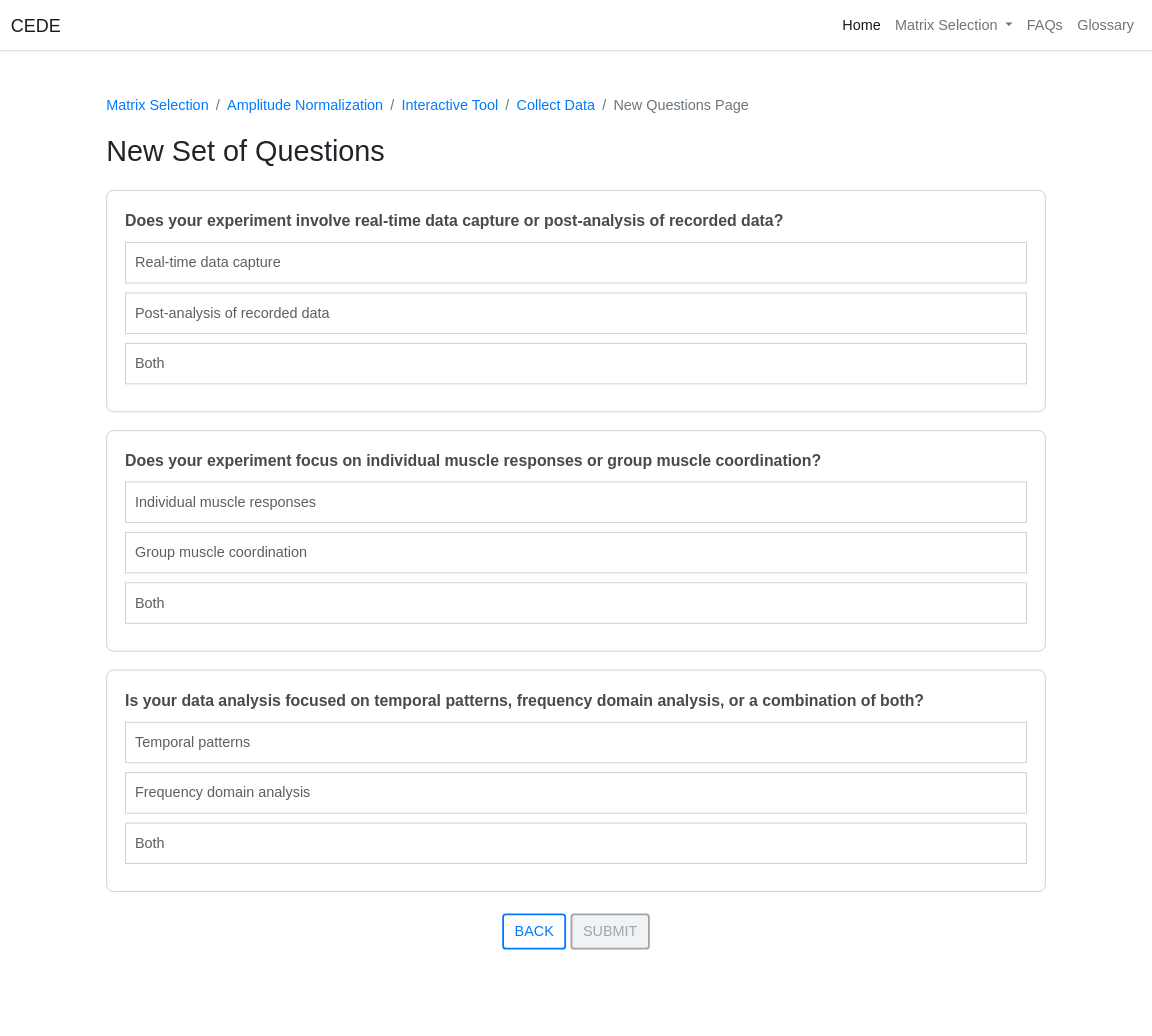
Repository: devashrisamani/CEDE-Website
Page: website/tempfeatures.html
These files come from the project's save history. The page is drawn as it stood at one moment and after the next save; the edit follows.
The browser window is 1280 px wide. The pictures show the whole page, at 90% of full size.

Above is the page before, as saved 2024-09-10 00:19:01.

### website/tempfeatures.html
<!DOCTYPE html>
<html lang="en">
  <head>
    <meta charset="UTF-8" />
    <meta name="viewport" content="width=device-width, initial-scale=1.0" />
    <title>New Questions Page - CEDE</title>
    <link
      href="https://cdn.jsdelivr.net/npm/bootstrap@5.1.3/dist/css/bootstrap.min.css"
      rel="stylesheet"
    />
    <link rel="stylesheet" href="styles.css" />
    <link rel="stylesheet" href="features.css" />
    <style>
      #wrapper {
        width: 100%;
        text-align: center;
      }
      .question-container {
        background-color: white;
        padding: 20px;
        border-radius: 8px;
        margin-bottom: 20px;
        border: 1px solid #ccc;
      }
      .question h3 {
        margin-top: 0;
      }
      .question label {
        display: block;
        margin-bottom: 10px;
      }
      .option {
        display: flex;
        align-items: center;
        border: 1px solid #ccc;
        margin-bottom: 10px;
        padding: 10px;
        cursor: pointer;
        background-color: white;
        color: #5f5f5f;
      }
      .option:hover {
        background-color: #f0f0f0;
      }
      .option input[type="radio"] {
        display: none;
      }
      .option.selected {
        background-color: #d4edda;
        border-color: #c3e6cb;
      }

      .label {
        font-size: 1.1em;
        font-weight: bold;
        color: #4a4a4a;
      }

      button {
        font-size: 1rem;
        padding: 0.5rem 1rem;
        border-radius: 30px;
        border: 2px solid #007bff;
        background-color: white;
        color: #007bff;
        text-transform: uppercase;
      }
      button:disabled {
        background-color: #e9ecef;
        color: #6c757d;
        border: 2px solid #6c757d;
      }
      #back-button {
        background-color: white;
        color: #007bff;
        border: 2px solid #007bff;
      }
      #back-button:hover {
        background-color: #007bff;
        color: white;
      }
      #submit-button {
        background-color: #007bff;
        color: white;
        border: 2px solid #007bff;
      }
      #submit-button:disabled {
        background-color: #e9ecef;
        color: #6c757d;
        border: 2px solid #6c757d;
      }
      .text-center {
        text-align: center;
        margin-bottom: 96px;
      }
    </style>
  </head>
  <body>
    <nav class="navbar navbar-expand-lg navbar-light bg-white">
      <div class="container-fluid">
        <a class="navbar-brand" href="#">CEDE</a>
        <button
          class="navbar-toggler"
          type="button"
          data-bs-toggle="collapse"
          data-bs-target="#navbarNavAltMarkup"
          aria-controls="navbarNavAltMarkup"
          aria-expanded="false"
          aria-label="Toggle navigation"
        >
          <span class="navbar-toggler-icon"></span>
        </button>
        <div
          class="collapse navbar-collapse justify-content-end"
          id="navbarNavAltMarkup"
        >
          <div class="navbar-nav">
            <a class="nav-link active" href="index.html">Home</a>
            <div class="nav-item dropdown">
              <a
                class="nav-link dropdown-toggle"
                href="#"
                id="matrixSelectionDropdown"
                role="button"
                data-bs-toggle="dropdown"
                aria-expanded="false"
              >
                Matrix Selection
              </a>
              <ul
                class="dropdown-menu"
                aria-labelledby="matrixSelectionDropdown"
              >
                <li>
                  <a class="dropdown-item" href="amplitude.html"
                    >Amplitude Normalization</a
                  >
                </li>
                <li>
                  <a class="dropdown-item" href="#">Electrode Selection</a>
                </li>
                <li><a class="dropdown-item" href="#">Terminology</a></li>
                <li>
                  <a class="dropdown-item" href="#"
                    >High-density surface electromyograph</a
                  >
                </li>
                <li><a class="dropdown-item" href="#">Single Motor Unit</a></li>
              </ul>
            </div>
            <a class="nav-link" href="faq.html">FAQs</a>
            <a class="nav-link" href="#">Glossary</a>
          </div>
        </div>
      </div>
    </nav>

    <!-- Main Content -->
    <div class="container mt-5 px-5">
      <nav aria-label="breadcrumb">
        <ol class="breadcrumb">
          <li class="breadcrumb-item">
            <a href="index.html">Matrix Selection</a>
          </li>
          <li class="breadcrumb-item">
            <a href="amplitude.html">Amplitude Normalization</a>
          </li>
          <li class="breadcrumb-item">
            <a href="inttool.html">Interactive Tool</a>
          </li>
          <li class="breadcrumb-item">
            <a href="collectdata.html">Collect Data</a>
          </li>
          <li class="breadcrumb-item active" aria-current="page">
            New Questions Page
          </li>
        </ol>
      </nav>
      <h2 class="mb-4">New Set of Questions</h2>
      <form id="question-form">
        <!-- Question 1 -->
        <div class="question-container">
          <div class="question">
            <label class="label">
              Does your experiment involve real-time data capture or
              post-analysis of recorded data?
            </label>
            <label class="option">
              <input
                type="radio"
                name="q1"
                id="q1-1"
                value="Real-time data capture"
                onchange="selectOption(this)"
              />
              Real-time data capture
            </label>
            <label class="option">
              <input
                type="radio"
                name="q1"
                id="q1-2"
                value="Post-analysis of recorded data"
                onchange="selectOption(this)"
              />
              Post-analysis of recorded data
            </label>
            <label class="option">
              <input
                type="radio"
                name="q1"
                id="q1-3"
                value="Both"
                onchange="selectOption(this)"
              />
              Both
            </label>
          </div>
        </div>
        <!-- Question 2 -->
        <div class="question-container">
          <div class="question">
            <label class="label"
              >Does your experiment focus on individual muscle responses or
              group muscle coordination?</label
            >
            <label class="option">
              <input
                type="radio"
                name="q2"
                id="q2-1"
                value="Individual muscle responses"
                onchange="selectOption(this)"
              />
              Individual muscle responses
            </label>
            <label class="option">
              <input
                type="radio"
                name="q2"
                id="q2-2"
                value="Group muscle coordination"
                onchange="selectOption(this)"
              />
              Group muscle coordination
            </label>
            <label class="option">
              <input
                type="radio"
                name="q2"
                id="q2-3"
                value="Both"
                onchange="selectOption(this)"
              />
              Both
            </label>
          </div>
        </div>
        <!-- Question 3 -->
        <div class="question-container">
          <div class="question">
            <label class="label"
              >Is your data analysis focused on temporal patterns, frequency
              domain analysis, or a combination of both?</label
            >
            <label class="option">
              <input
                type="radio"
                name="q3"
                id="q3-1"
                value="Temporal patterns"
                onchange="selectOption(this)"
              />
              Temporal patterns
            </label>
            <label class="option">
              <input
                type="radio"
                name="q3"
                id="q3-2"
                value="Frequency domain analysis"
                onchange="selectOption(this)"
              />
              Frequency domain analysis
            </label>
            <label class="option">
              <input
                type="radio"
                name="q3"
                id="q3-3"
                value="Both"
                onchange="selectOption(this)"
              />
              Both
            </label>
          </div>
        </div>

        <div class="text-center mt-4">
          <button type="button" class="btn" id="back-button" onclick="goBack()">
            Back
          </button>
          <button
            type="button"
            class="btn"
            id="submit-button"
            disabled
            onclick="getRecommendation()"
          >
            Submit
          </button>
        </div>
      </form>
    </div>

    <script src="script.js"></script>
    <script src="https://cdn.jsdelivr.net/npm/bootstrap@5.1.3/dist/js/bootstrap.bundle.min.js"></script>
  </body>
</html>

### website/styles.css
body {
  font-family: Arial, sans-serif;
  margin: 0;
  padding: 0;
  background-color: #ffffff;
}

header {
  padding: 20px;
  text-align: center;
}

.navbar {
  border-bottom: 1px solid #cfcfcf;
  background-color: #ffffff;
}

.breadcrumb {
  background-color: white;
  padding: 0;
  margin-bottom: 20px;
}

.breadcrumb-item a {
  color: #007bff;
  text-decoration: none;
}

.breadcrumb-item a:hover {
  text-decoration: underline;
}

/* .breadcrumb-item a {
  text-decoration: none;
}
  remove underline from the breadcrumb links (but it does not work whoops */

header h1 {
  margin: 0;
  color: #333;
}

header p {
  color: #666;
}

### website/features.css
body {
  font-family: Arial, sans-serif;
  margin: 0;
  padding: 0;
  background-color: white;
}

#wrapper {
  width: 100%;
  text-align: center;
}

.navbar {
  border-bottom: 1px solid #cfcfcf;
}

.breadcrumb {
  background-color: white;
  margin-bottom: 20px;
}

.breadcrumb-item a {
  color: #007bff;
  text-decoration: none;
}

.breadcrumb-item a:hover {
  text-decoration: underline;
}

.question-container {
  background-color: white;
  padding: 20px;
  border-radius: 8px;
  margin-bottom: 20px;
  border: 1px solid #ccc;
}

.question h3 {
  margin-top: 0;
}

.question label {
  display: block;
  margin-bottom: 10px;
}

.option {
  display: flex;
  align-items: center;
  border: 1px solid #ccc;
  margin-bottom: 10px;
  padding: 10px;
  cursor: pointer;
  background-color: white;
}

.option:hover {
  background-color: #f0f0f0;
}

.option input[type="radio"] {
  margin-right: 10px;
}

.option.selected {
  background-color: #d4edda;
  border-color: #c3e6cb;
}

button {
  font-size: 1rem;
  padding: 0.5rem 1rem;
  border-radius: 30px;
  border: 2px solid #007bff;
  background-color: white;
  color: #007bff;
  text-transform: uppercase;
}

button:disabled {
  background-color: #e9ecef;
  color: #6c757d;
  border: 2px solid #6c757d;
}

#back-button {
  background-color: white;
  color: #007bff;
  border: 2px solid #007bff;
}

#back-button:hover {
  background-color: #007bff;
  color: white;
}

#submit-button {
  background-color: #007bff;
  color: white;
  border: 2px solid #007bff;
}

#submit-button:disabled {
  background-color: #e9ecef;
  color: #6c757d;
  border: 2px solid #6c757d;
}

.text-center {
  text-align: center;
  margin-bottom: 96px;
}

### website/script.js
// import "constants.js";
let rules = []; // Ensure this is defined globally

// Mapping for user-selected values to JSON values
const valueMapping = {
  "Comparisons between muscles (e.g. vastus lateralis vs. vastus medialis during knee extension task)":
    "Between muscles",
  "Comparisons within a muscle (e.g. vastus lateralis pre and post intervention)":
    "Within muscle",
  Both: "Both",
  "Comparisons between sessions (e.g. repeated measures in different time points)":
    "Between sessions",
  "Comparisons within a session (e.g. comparisons of two tasks during a laboratory session)":
    "Within a session",
  "Comparisons between participant groups (e.g. pain condition vs. control group)":
    "Between-groups comparison",
  "Comparisons within a participant group (e.g. knee extension at 10% and 50% of MVC in healthy individuals)":
    "Within-group comparison",
  Yes: "Yes",
  "No (Change the color of #.1 and #.2 methods to grey and not allow them to click to it)":
    "No (Change the color of #.1 and #.2 methods to grey and not allow them to click to it)",
};

// Function to handle option selection
function selectOption(element) {
  const name = element.name;
  document.querySelectorAll(`input[name="${name}"]`).forEach((input) => {
    input.closest(".option").classList.remove("selected");
  });

  element.closest(".option").classList.add("selected");

  // Check if all questions are answered to enable the submit button
  const allAnswered =
    document.querySelectorAll('input[type="radio"]:checked').length === 4;
  document.getElementById("submit-button").disabled = !allAnswered;
}

// Function to go back
function goBack() {
  window.location.href = "collectdata.html";
}

// Function to get recommendation based on user responses
function getRecommendation() {
  const q1Value = document
    .querySelector('input[name="q1"]:checked')
    ?.value.trim();
  const q2Value = document
    .querySelector('input[name="q2"]:checked')
    ?.value.trim();
  const q3Value = document
    .querySelector('input[name="q3"]:checked')
    ?.value.trim();
  const q3aValue = document
    .querySelector('input[name="q3a"]:checked')
    ?.value.trim();

  console.log("q1 value:", q1Value);
  console.log("q2 value:", q2Value);
  console.log("q3 value:", q3Value);
  console.log("q3a value:", q3aValue);

  // Ensure the values are exactly as expected in the mapping
  const mappedQ1 = valueMapping[q1Value] || `Unmapped value: ${q1Value}`;
  const mappedQ2 = valueMapping[q2Value] || `Unmapped value: ${q2Value}`;
  const mappedQ3 = valueMapping[q3Value] || `Unmapped value: ${q3Value}`;
  const mappedQ3a = valueMapping[q3aValue] || `Unmapped value: ${q3aValue}`;

  console.log("Mapped q1 value:", mappedQ1);
  console.log("Mapped q2 value:", mappedQ2);
  console.log("Mapped q3 value:", mappedQ3);
  console.log("Mapped q3a value:", mappedQ3a);

  // Map the longer user-selected values to the shorter JSON rule values
  const userResponses = {
    muscle_comparison: mappedQ1,
    session_comparison: mappedQ2,
    group_comparison: mappedQ3,
    perform_mvc: mappedQ3a,
  };

  console.log("User responses:", userResponses);
  console.log("Rules available:", rules);

  const matchingRule = rules.find((rule) => {
    console.log("Checking rule:", rule);
    return (
      rule.muscle_comparison === userResponses.muscle_comparison &&
      rule.session_comparison === userResponses.session_comparison &&
      rule.group_comparison === userResponses.group_comparison &&
      rule.perform_mvc === userResponses.perform_mvc
    );
  });

  console.log("Matching rule:", matchingRule);

  if (matchingRule) {
    localStorage.setItem("recommendation", matchingRule.recommendation);
    window.location.href = "recommendation.html";
  } else {
    console.log(
      "No recommendation found for the given responses:",
      userResponses
    );
    alert("No recommendation found for the given responses.");
  }
}

// Event listener for document load
document.addEventListener("DOMContentLoaded", () => {
  console.log("Document loaded");
  fetch("rules.json")
    .then((response) => {
      if (!response.ok) {
        throw new Error(`HTTP error! Status: ${response.status}`);
      }
      console.log("Fetching rules.json successful");
      return response.json();
    })
    .then((loadedRules) => {
      console.log("Rules data loaded:", loadedRules);
      rules = loadedRules; // Assign the loaded rules to the global variable
      // Attach event listeners to form elements
      document.querySelectorAll('input[name="q1"]').forEach((input) => {
        input.addEventListener("change", () => selectOption(input));
      });

      document.querySelectorAll('input[name="q2"]').forEach((input) => {
        input.addEventListener("change", () => selectOption(input));
      });

      document.querySelectorAll('input[name="q3"]').forEach((input) => {
        input.addEventListener("change", () => selectOption(input));
      });

      document.querySelectorAll('input[name="q3a"]').forEach((input) => {
        input.addEventListener("change", () => selectOption(input));
      });

      document.getElementById("submit-button").addEventListener("click", () => {
        getRecommendation();
      });

      console.log("Event listeners attached");
    })
    .catch((error) => {
      console.error("Error fetching rules.json:", error);
    });
});

Loaded but not shown: website/rules.json (380 lines, source omitted)

After the next save:
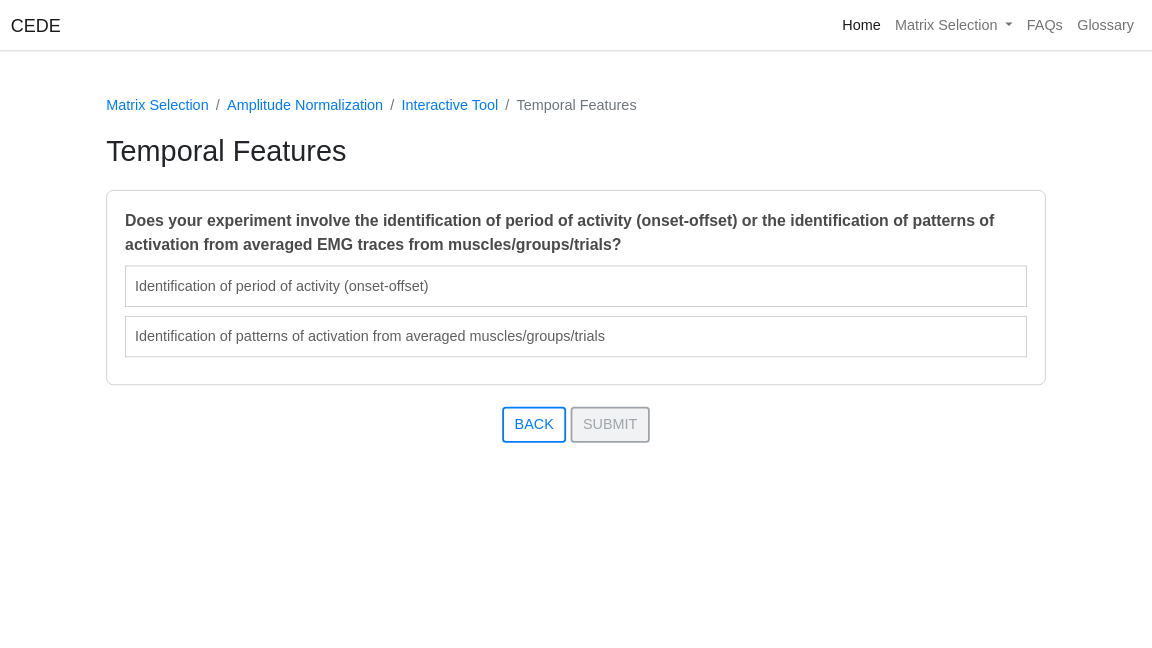
Saved 38 s later.
--- a/website/tempfeatures.html
+++ b/website/tempfeatures.html
@@ -3,7 +3,7 @@
   <head>
     <meta charset="UTF-8" />
     <meta name="viewport" content="width=device-width, initial-scale=1.0" />
-    <title>New Questions Page - CEDE</title>
+    <title>Temporal Features - CEDE</title>
     <link
       href="https://cdn.jsdelivr.net/npm/bootstrap@5.1.3/dist/css/bootstrap.min.css"
       rel="stylesheet"
@@ -168,130 +168,41 @@
           <li class="breadcrumb-item">
             <a href="inttool.html">Interactive Tool</a>
           </li>
-          <li class="breadcrumb-item">
-            <a href="collectdata.html">Collect Data</a>
-          </li>
           <li class="breadcrumb-item active" aria-current="page">
-            New Questions Page
+            Temporal Features
           </li>
         </ol>
       </nav>
-      <h2 class="mb-4">New Set of Questions</h2>
+      <h2 class="mb-4">Temporal Features</h2>
       <form id="question-form">
-        <!-- Question 1 -->
+        <!-- Question -->
         <div class="question-container">
           <div class="question">
             <label class="label">
-              Does your experiment involve real-time data capture or
-              post-analysis of recorded data?
+              Does your experiment involve the identification of period of
+              activity (onset-offset) or the identification of patterns of
+              activation from averaged EMG traces from muscles/groups/trials?
             </label>
             <label class="option">
               <input
                 type="radio"
                 name="q1"
                 id="q1-1"
-                value="Real-time data capture"
+                value="Identification of period of activity (onset-offset)"
                 onchange="selectOption(this)"
               />
-              Real-time data capture
+              Identification of period of activity (onset-offset)
             </label>
             <label class="option">
               <input
                 type="radio"
                 name="q1"
                 id="q1-2"
-                value="Post-analysis of recorded data"
+                value="Identification of patterns of activation from averaged muscles/groups/trials"
                 onchange="selectOption(this)"
               />
-              Post-analysis of recorded data
-            </label>
-            <label class="option">
-              <input
-                type="radio"
-                name="q1"
-                id="q1-3"
-                value="Both"
-                onchange="selectOption(this)"
-              />
-              Both
-            </label>
-          </div>
-        </div>
-        <!-- Question 2 -->
-        <div class="question-container">
-          <div class="question">
-            <label class="label"
-              >Does your experiment focus on individual muscle responses or
-              group muscle coordination?</label
-            >
-            <label class="option">
-              <input
-                type="radio"
-                name="q2"
-                id="q2-1"
-                value="Individual muscle responses"
-                onchange="selectOption(this)"
-              />
-              Individual muscle responses
-            </label>
-            <label class="option">
-              <input
-                type="radio"
-                name="q2"
-                id="q2-2"
-                value="Group muscle coordination"
-                onchange="selectOption(this)"
-              />
-              Group muscle coordination
-            </label>
-            <label class="option">
-              <input
-                type="radio"
-                name="q2"
-                id="q2-3"
-                value="Both"
-                onchange="selectOption(this)"
-              />
-              Both
-            </label>
-          </div>
-        </div>
-        <!-- Question 3 -->
-        <div class="question-container">
-          <div class="question">
-            <label class="label"
-              >Is your data analysis focused on temporal patterns, frequency
-              domain analysis, or a combination of both?</label
-            >
-            <label class="option">
-              <input
-                type="radio"
-                name="q3"
-                id="q3-1"
-                value="Temporal patterns"
-                onchange="selectOption(this)"
-              />
-              Temporal patterns
-            </label>
-            <label class="option">
-              <input
-                type="radio"
-                name="q3"
-                id="q3-2"
-                value="Frequency domain analysis"
-                onchange="selectOption(this)"
-              />
-              Frequency domain analysis
-            </label>
-            <label class="option">
-              <input
-                type="radio"
-                name="q3"
-                id="q3-3"
-                value="Both"
-                onchange="selectOption(this)"
-              />
-              Both
+              Identification of patterns of activation from averaged
+              muscles/groups/trials
             </label>
           </div>
         </div>
